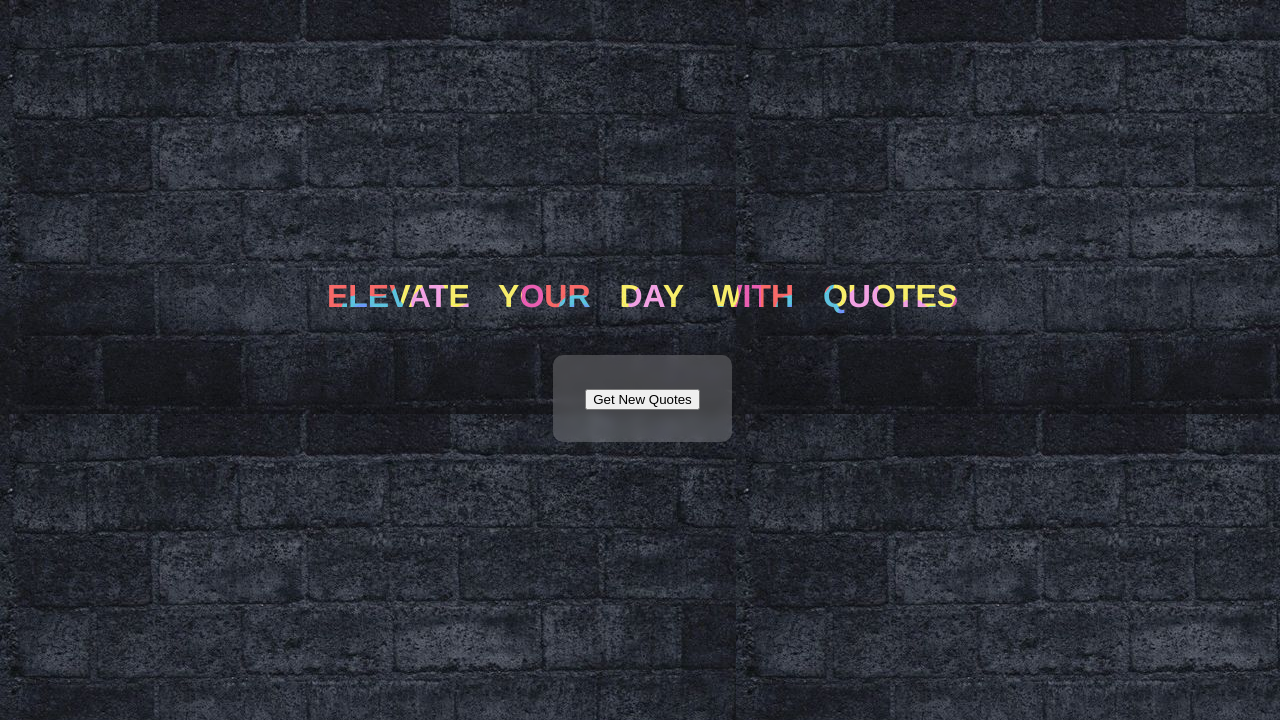
Repository: Bhavik-Sanghar/Quote-app
Page: /
The author's editor kept a copy of each file at every save. The page is drawn from the files as they stood at one save, then again after the next save.
The browser window is 1280 px wide. The pictures show the whole page.
The page's requests for data from a server got no answer. The project was rebuilt for these pictures with package versions that can differ from the ones it lists, and the page was loaded fresh each time. No one was signed in, and anything a server would have sent is missing. Also part of the build but not shown: src/styles.css.

Above is the page before, as saved 2023-08-18 15:56:51.

### src/App.js
import React from 'react';
import './styles.css';
import QuoteComponent from './components/NewQuote'

function App() {
  return (
    <div className="App">

      <QuoteComponent/>


    </div>
  );
}

export default App;

### src/components/NewQuote.js
import React, { useEffect, useState } from "react";
import axios from "axios";
import './New.css'

const QuoteComponent = () => {
  const [quotes, setQuotes] = useState([]);
  const category = "inspirational";
  const apiKey = "EgtS4gqLsbjvHM2bBjKwBA==PYmsGLFQFXQzq0Na";

  useEffect(() => {
    fetchQuotes();
  }, []);

  const fetchQuotes = async () => {
    try {
      const response = await axios.get(
        `https://api.api-ninjas.com/v1/quotes?category=${category}&limit=1`, // Fetching 5 quotes
        {
          headers: { "X-Api-Key": apiKey },
        }
      );
      setQuotes(response.data);
    } catch (error) {
      console.error("Error: ", error);
    }
  };

  const handleFetchNewQuotes = () => {
    fetchQuotes();
  };

  return (
    <div className="quote-container">
      <h1>Elevate Your Day with Quotes</h1>
      <div className="card-container">
        {quotes.map((quote, index) => (
          <div key={index} className="card">
            <p className="quote-text">{quote.quote}</p>
            <p className="author">- {quote.author}</p>
          </div>
        ))} <button className="btn btn-one" onClick={handleFetchNewQuotes}>
           Get New Quotes
      </button>
      </div>
    </div>
  );
};

export default QuoteComponent;

### src/components/New.css
.quote-container {
  padding: auto;
  padding-left: 5px;
  display: flex;
  flex-direction: column;
  justify-content: center;
  align-items: center;
  min-height: 100vh;
  background-color: black;
  background-image: url(./bg.jpg);
  transition: background-image 0.5s ease-in-out; /* Add transition for smooth image change */
  color: white;
  position: relative; /* Required for positioning pseudo-element */
  overflow: hidden; /* Hide overflowing pseudo-element content */
}

.quote-container h1 {
  z-index: 2;
  margin: 20px;
  background-image: url(./h1.jpg);
  background-repeat: repeat;
  opacity: 0;
  -webkit-background-clip: text;
  -webkit-text-fill-color: transparent;
  text-align: center;
  word-spacing: 20px;
  font-weight: bold;
  text-transform: uppercase;
  font-family: "Steelfish Rg", "helvetica neue";
  font-weight: 800;
  -webkit-font-smoothing: antialiased;
  transition: background-color 0.3s ease-in-out;
  animation: fadeInHeading 2s ease-in-out 0.5s forwards;
}

.card:hover {
  /* Example animation - scale up on hover */
  transform: scale(1.05);
  transition: transform 0.3s ease-in-out;
}

.author:hover {
  /* Example animation - change text color on hover */
  color: #00e5ff; /* Change to your desired color */
  transition: color 0.3s ease-in-out;
}
.quote-container h1:hover {
  font-size: 2.2em;
  transition: font-size 0.3s ease-in-out;
}

.fetch-button {
  position: absolute;
  margin-top: 40px;
  bottom: 20px; /* Adjust to your preference */
  right: 20px; /* Adjust to your preference */
  background-color: transparent;
  border: none;
  color: white;
  cursor: pointer;
  font-size: 16px;
  padding: 10px 20px;
  border-radius: 5px;
  transition: background-color 0.3s ease-in-out;
}

.fetch-button:hover {
  background-color: rgba(255, 255, 255, 0.1);
}

.card-container {
  z-index: 2;
  margin: 20px;
  backdrop-filter: blur(5px);
  background-color: hsla(0, 0%, 100%, 0.2);
  border-radius: 10px;
  padding: 2rem;
  font-size: larger;
  font-family: "Times New Roman", Times, serif;
  opacity: 0; /* Set initial opacity to 0 */
  animation: fadeInQuotes 3s ease-in-out 1s forwards,
    fadeInBackground 3s ease-in-out 1s forwards;
  position: relative; /* Ensure proper z-index behavior */
}

@keyframes fadeInHeading {
  from {
    opacity: 0;
    transform: translateY(-20px);
  }
  to {
    opacity: 1;
    transform: translateY(0);
  }
}

@keyframes fadeInQuotes {
  from {
    opacity: 0;
    transform: translateY(20px);
  }
  to {
    opacity: 1;
    transform: translateY(0);
  }
}

@keyframes fadeInBackground {
  from {
    opacity: 0;
  }
  to {
    opacity: 1;
  }
}

Loaded but not shown: public/index.html (common file); src/index.js (common file); src/index.css (common file); src/reportWebVitals.js (common file)

After the next save:
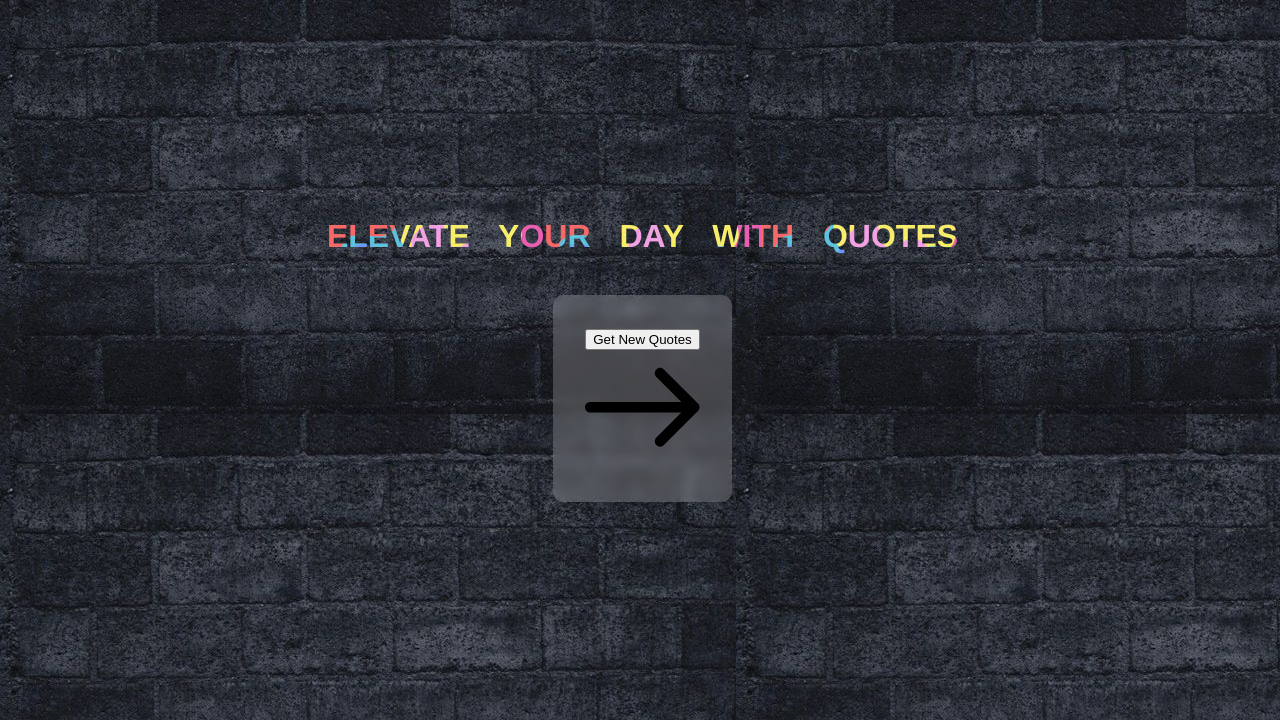
Saved 73 s later.
--- a/src/components/NewQuote.js
+++ b/src/components/NewQuote.js
@@ -41,6 +41,11 @@ const QuoteComponent = () => {
         ))} <button className="btn btn-one" onClick={handleFetchNewQuotes}>
            Get New Quotes
       </button>
+      <div class="icon">
+      <svg xmlns="http://www.w3.org/2000/svg" viewBox="0 0 268.832 268.832">
+        <path d="M265.17 125.577l-80-80c-4.88-4.88-12.796-4.88-17.677 0-4.882 4.882-4.882 12.796 0 17.678l58.66 58.66H12.5c-6.903 0-12.5 5.598-12.5 12.5 0 6.903 5.597 12.5 12.5 12.5h213.654l-58.66 58.662c-4.88 4.882-4.88 12.796 0 17.678 2.44 2.44 5.64 3.66 8.84 3.66s6.398-1.22 8.84-3.66l79.997-80c4.883-4.882 4.883-12.796 0-17.678z"/>
+      </svg>
+    </div>
       </div>
     </div>
   );

After the save that followed:
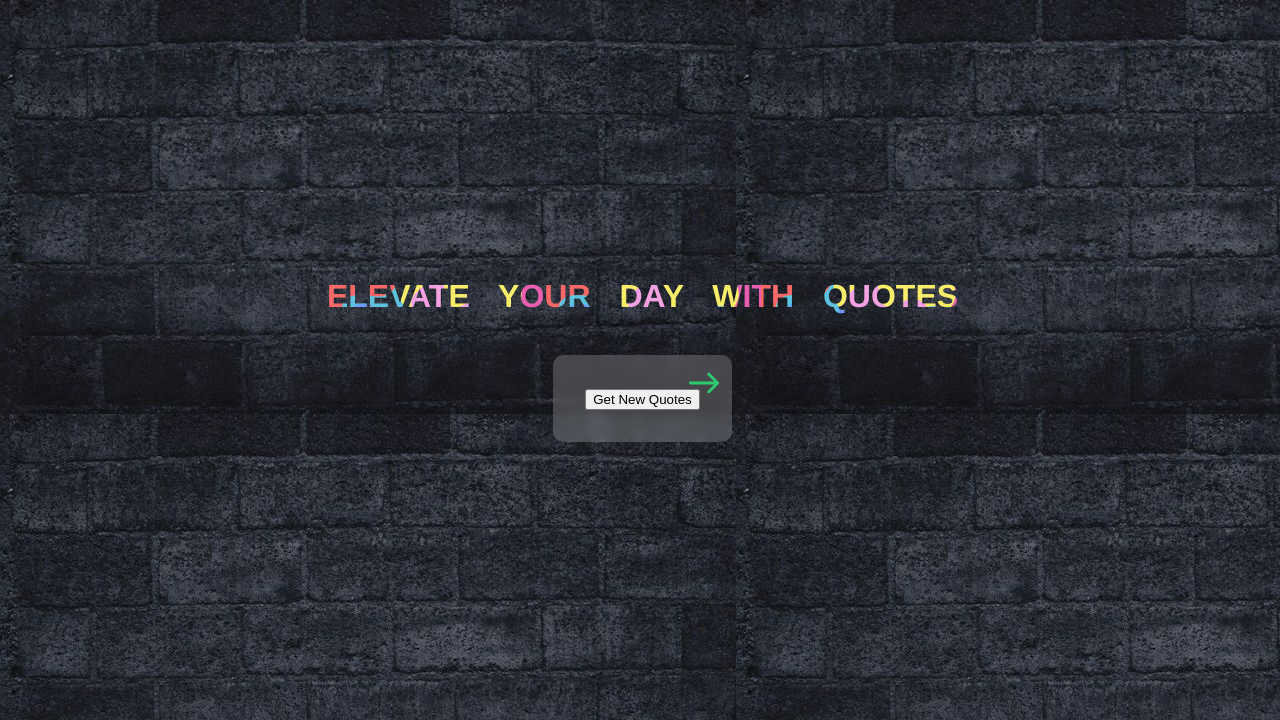
Saved 56 s later.
--- a/src/components/New.css
+++ b/src/components/New.css
@@ -113,3 +113,37 @@
     opacity: 1;
   }
 }
+
+.icon{
+  width: 50px;
+  height: 50px;
+  border: 3px solid transparent;
+  position: absolute;
+  transform: rotate(45deg);
+  right: 0;
+  top: 0;
+  z-index: -1;
+  transition: all .35s;
+}
+
+.icon svg{
+  width: 30px;
+  position: absolute;
+  top: calc(50% - 15px);
+  left: calc(50% - 15px);
+  transform: rotate(-45deg);
+  fill: #2ecc71;
+  transition: all .35s;
+}
+
+button:hover{
+  width: 200px;
+  border: 3px solid #2ecc71;
+  background: transparent;
+  color: #2ecc71;
+}
+
+button:hover + .icon{
+  border: 3px solid #2ecc71;
+  right: -25%;
+}
